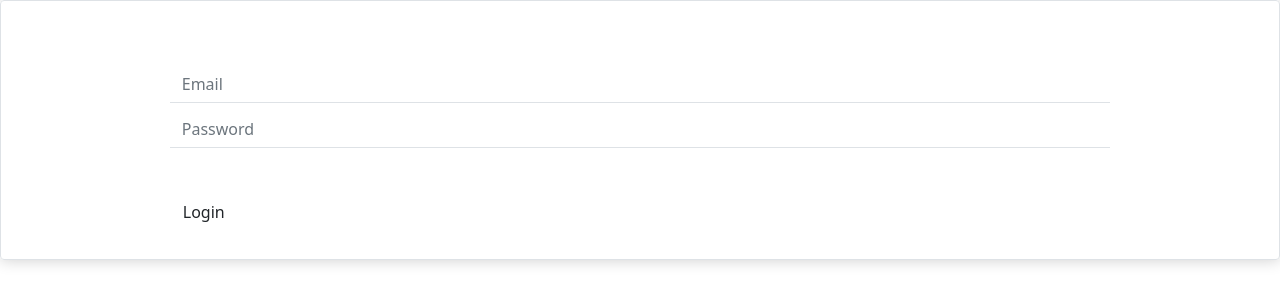
Repository: SaudCh/React-login
Page: /login
An editor plug-in stored every save of this project. The page is shown before and after the next save, followed by the edit.
The browser window is 1280 px wide. The pictures show the whole page.
The project was rebuilt for these pictures with package versions that can differ from the ones it lists, and the page was loaded fresh each time. Also part of the build but not shown: src/Components/Register/RegsiterCss.js, src/Components/Register/RegisterValidation.js, src/Components/Register/Register.jsx, src/Components/Home/Home.jsx.

Above is the page before, as saved 2022-02-05 22:34:08.

### src/App.js
import Login from './Components/Login/Login';
import Register from './Components/Register/Register'
import '../node_modules/bootstrap/dist/css/bootstrap.min.css'
import { Routes, Route } from 'react-router-dom'
import Home from './Components/Home/Home';

function App() {
  return (
    <Routes>
      <Route path="login" element={<Login />} />
      <Route path="register" element={<Register />} />
      <Route path="/" element={<Home />} />
      <Route path="*" element={<Register />} />
    </Routes >
  );
}

export default App;

### src/Components/Login/Login.jsx
import React, { useState } from "react";
import "./Login.css";
import { formStyle } from "./logincss";
import axios from "axios";
import { loginValidation } from "./loginValidation";

export default function Login() {
  const [email, setEmail] = useState();
  const [password, setPassword] = useState();
  const [error, setError] = useState("");

  const formSubmit = (e) => {
    setError("");
    e.preventDefault();
    const data = {
      email: email,
      password: password,
    };

    const errors = loginValidation(data);

    if (Object.keys(errors).length !== 0) {
      setError(errors);
      return;
    }

    axios
      .post("http://localhost:5000/api/user/login", data)
      .then(function (response) {
        console.log(response);
      })
      .catch(function (error) {
        let err;
        if (error.response) {
          err = error.response.data.message;
        } else if (error.request) {
          err = error.toJSON().message;
        } else {
          err = error.message;
        }
        setError({ api: err });
      });
  };

  return (
    <div>
      <div className="container-fluid">
        <div className="row">
          <div className="col-10 col-md-12 background-text border rounded">
            <form onSubmit={formSubmit} className="col-9">
              {error.api && <p className="text-danger p-0 m-0">{error.api}</p>}
              <div className="my-2">
                <h4 className="text-white">Login </h4>
              </div>
              <div className="form-group my-2">
                <input
                  style={formStyle}
                  value={email}
                  onChange={(email) => setEmail(email.target.value)}
                  type="email"
                  class="form-control border-bottom"
                  id="email"
                  placeholder="Email"
                />
                {error.email && (
                  <p className="text-danger p-0 m-0">{error.email}</p>
                )}
              </div>
              <div className="form-group my-2">
                <input
                  style={formStyle}
                  value={password}
                  onChange={(password) => setPassword(password.target.value)}
                  type="password"
                  class="form-control border-bottom"
                  id="password"
                  placeholder="Password"
                />
                {error.password && (
                  <p className="text-danger p-0 m-0">{error.password}</p>
                )}
              </div>
              <div className="my-2">
                <div>
                  <p className="text-white" style={{ fontSize: "0.9rem" }}>
                    New to Website <span>Register</span>
                  </p>
                </div>
                <button className="btn" style={{ backgroundColor: "white" }}>
                  Login
                </button>
              </div>
            </form>
          </div>
          <div className="col-4"></div>
        </div>
      </div>
    </div>
  );
}

### src/Components/Login/Login.css
.background-image {
  background-image: linear-gradient(rgba(0, 0, 0, 0.2), rgba(0, 0, 0, 0.2)),
    url("../Images/books.jpg");
  background-position: center;
  background-repeat: no-repeat;
  background-size: cover;

  height: 100vh;
  justify-content: center;
  align-items: center;

  position: relative;
  z-index: 1;
}
.background-image::before {
  content: "";
  position: absolute;
  background: inherit;
  top: 0;
  bottom: 0;
  left: 0;
  right: 0;
  filter: blur(1px);
  z-index: -1;
}

.background-text {
  padding: 20px 0px;
  display: flex;
  justify-content: center;
  align-items: center;

  box-shadow: 0 0 1rem 0 rgba(0, 0, 0, 0.2);
  position: relative;
  background: inherit;
  z-index: 1;
}
.background-text::before {
  content: "";
  position: absolute;
  background: inherit;
  top: 0;
  bottom: 0;
  left: 0;
  right: 0;
  box-shadow: inset 0 0 2000px rgba(255, 255, 255, 0.3);
  /* filter: blur(1px); */
  z-index: -1;
}

input:hover,
input:active,
input:focus,
input:-webkit-autofill {
  outline: 0px !important;
  -webkit-appearance: none;
  box-shadow: none !important;
}
input:-webkit-autofill,
input:-webkit-autofill:focus {
  transition: background-color 600000s 0s, color 600000s 0s;
}

### src/Components/Login/logincss.js
export const formStyle = {
    backgroundColor: "transparent",
    color: "white",
    border: "none",
    borderRadius: 0,
};

### src/Components/Login/loginValidation.js
export const loginValidation = (data) => {
    let errors = {};

    if (!data.email) {
        errors.email = "Email Is Required."
    }
    else if (!/\S+@\S+\.\S+/.test(data.email)) {
        errors.email = "Invalid Email"
    }
    if (!data.password) {
        errors.password = "Password is required."
    }
    else if (data.password.length < 6) {
        errors.password = "Password Must be more than Six Characters"
    }
    return errors;

}

### src/Components/Register/Register.css
.background-image {
  background-image: linear-gradient(rgba(0, 0, 0, 0.2), rgba(0, 0, 0, 0.2)),
    url("../Images/books.jpg");
  background-position: center;
  background-repeat: no-repeat;
  background-size: cover;

  height: 100vh;
  justify-content: center;
  align-items: center;

  position: relative;
  z-index: 1;
}
.background-image::before {
  content: "";
  position: absolute;
  background: inherit;
  top: 0;
  bottom: 0;
  left: 0;
  right: 0;
  filter: blur(1px);
  z-index: -1;
}

.background-text {
  padding: 20px 0px;
  display: flex;
  justify-content: center;
  align-items: center;

  box-shadow: 0 0 1rem 0 rgba(0, 0, 0, 0.2);
  position: relative;
  background: inherit;
  z-index: 1;
}
.background-text::before {
  content: "";
  position: absolute;
  background: inherit;
  top: 0;
  bottom: 0;
  left: 0;
  right: 0;
  box-shadow: inset 0 0 2000px rgba(255, 255, 255, 0.3);
  /* filter: blur(1px); */
  z-index: -1;
}

input:hover,
input:active,
input:focus,
input:-webkit-autofill {
  outline: 0px !important;
  -webkit-appearance: none;
  box-shadow: none !important;
}
input:-webkit-autofill,
input:-webkit-autofill:focus {
  transition: background-color 600000s 0s, color 600000s 0s;
}

Loaded but not shown: public/index.html (common file); src/index.js (common file); src/index.css (common file); src/reportWebVitals.js (common file)

After the next save:
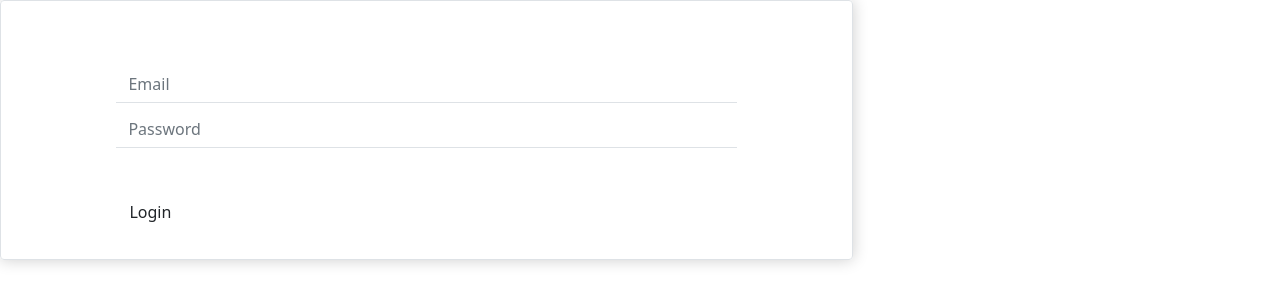
Saved 24 s later.
--- a/src/Components/Login/Login.jsx
+++ b/src/Components/Login/Login.jsx
@@ -46,7 +46,7 @@ export default function Login() {
     <div>
       <div className="container-fluid">
         <div className="row">
-          <div className="col-10 col-md-12 background-text border rounded">
+          <div className="col-10 col-md-8 background-text border rounded">
             <form onSubmit={formSubmit} className="col-9">
               {error.api && <p className="text-danger p-0 m-0">{error.api}</p>}
               <div className="my-2">
